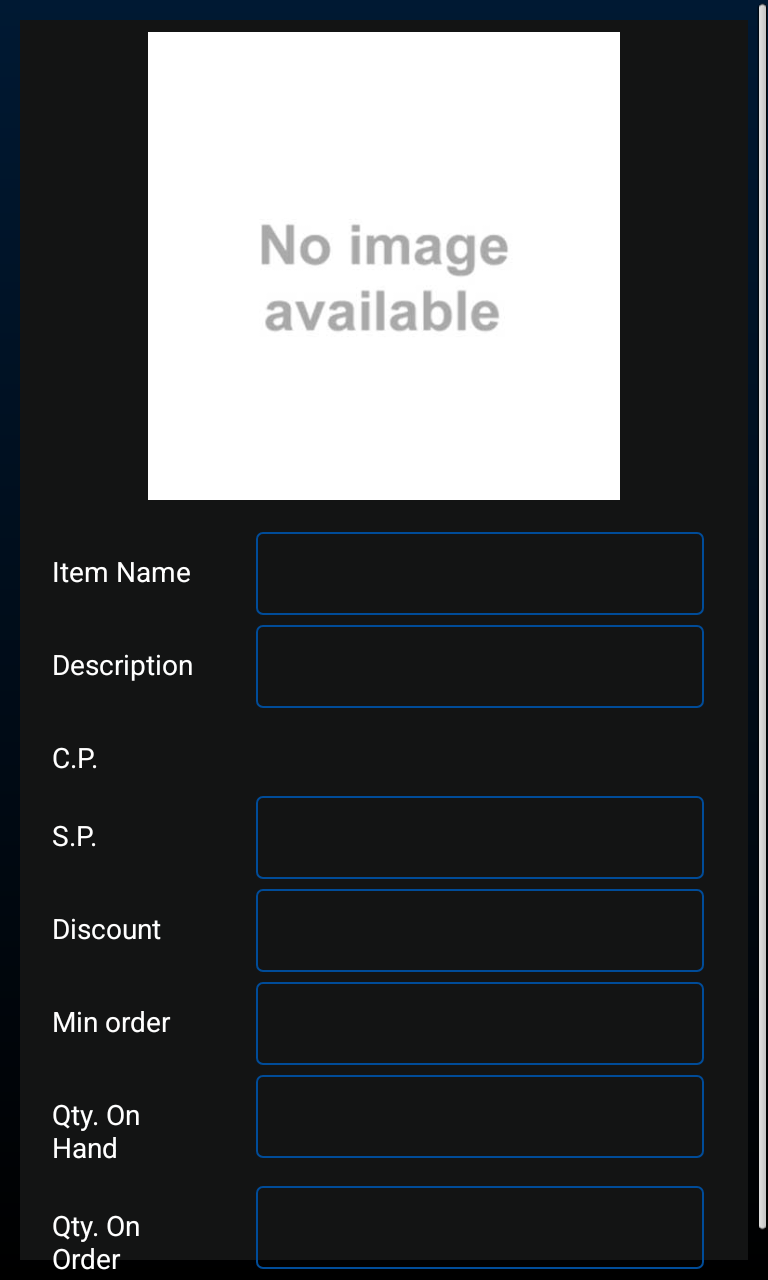
Repository: jasleen1291/B2BMobileApplication
Layout: Mobile E Commerce/B2B/res/layout/fragment_view_item.xml
An editor plug-in stored every save of this project. The layout is shown before and after the next save, followed by the edit.
It is drawn on a 768 x 1280 px phone screen (xhdpi) without system bars, with theme mycustomtheme; the app's code is not run.

Above is the layout before, as saved 2013-05-24 13:51:09.

### Mobile E Commerce/B2B/res/layout/fragment_view_item.xml
<FrameLayout xmlns:android="http://schemas.android.com/apk/res/android"
    android:id="@+id/container"
    android:layout_width="match_parent"
    android:layout_height="match_parent"
    android:layout_gravity="center_horizontal" >

    <ScrollView
        android:layout_width="match_parent"
        android:layout_height="wrap_content" >

        <LinearLayout
            android:layout_width="match_parent"
            android:layout_height="wrap_content"
            android:layout_gravity="center_horizontal"
            android:gravity="center_horizontal"
            android:orientation="vertical"
            android:paddingBottom="@dimen/activity_vertical_margin"
            android:paddingLeft="@dimen/activity_horizontal_margin"
            android:paddingRight="@dimen/activity_horizontal_margin"
            android:paddingTop="@dimen/activity_vertical_margin" >

            <ImageView
                android:id="@+id/imageView1"
                android:layout_width="250dp"
                android:layout_height="250dp"
                android:layout_gravity="center_horizontal"

                android:contentDescription="@string/action_forgot_password"
                android:paddingBottom="@dimen/activity_vertical_margin"
                android:src="@drawable/notavailable" />

            <LinearLayout
                android:layout_width="match_parent"
                android:layout_height="match_parent"

                android:gravity="center_horizontal"
                android:orientation="vertical"
                android:padding="0dp" >

                <LinearLayout
                    android:id="@+id/LinearLayout4"
                    android:layout_width="fill_parent"
                    android:layout_height="fill_parent"
                     >

                    <TextView
                        style="@style/titlebarstylesmall"
                        android:layout_width="0dp"
                        android:layout_weight="3"
                        android:layout_height="wrap_content"
                        android:padding="10dp"
                        android:text="@string/itemname" />

                    <EditText
                        android:id="@+id/name"
                        style="@style/EditTextStyle"
                        android:layout_width="0dp"
                        android:layout_weight="7"
                        android:layout_height="wrap_content"
                        android:layout_gravity="right"
                        android:padding="10dp"
                        android:textIsSelectable="false" />
                </LinearLayout>

                <LinearLayout
                    android:id="@+id/LinearLayout5"
                    android:layout_width="fill_parent"
                    android:layout_height="wrap_content"
                     >

                    <TextView
                        style="@style/titlebarstylesmall"
                        android:layout_width="0dp"
                        android:layout_weight="3"
                        android:layout_height="wrap_content"
                        android:padding="10dp"
                        android:text="@string/description" />

                    <EditText
                        android:id="@+id/desc"
                        style="@style/EditTextStyle"
                        android:layout_width="0dp"
                        android:layout_weight="7"
                        android:layout_height="wrap_content"
                        android:layout_gravity="right"
                        android:inputType="textMultiLine"
                        android:padding="10dp"
                        android:textIsSelectable="false" />
                </LinearLayout>

                <LinearLayout
                    android:id="@+id/LinearLayout6"
                    android:layout_width="fill_parent"
                    android:layout_height="wrap_content"
                     >

                    <TextView
                        style="@style/titlebarstylesmall"
                        android:layout_width="0dp"
                        android:layout_weight="3"
                        android:layout_height="wrap_content"
                        android:padding="10dp"
                        android:text="@string/cp" />

                    <TextView
                        android:id="@+id/cp"
                        style="@style/titlebarstylesmall"
                        android:layout_width="0dp"
                        android:layout_weight="7"
                        android:layout_height="wrap_content"
                        android:layout_gravity="right"
                        android:padding="10dp"
                        android:textIsSelectable="false" />
                </LinearLayout>

                <LinearLayout
                    android:id="@+id/LinearLayout1"
                    android:layout_width="fill_parent"
                    android:layout_height="wrap_content"
                    android:layout_margin="0dp"

                    android:focusable="false"
                    android:paddingTop="0dp" >

                    <TextView
                        style="@style/titlebarstylesmall"
                        android:layout_width="0dp"
                        android:layout_weight="3"
                        android:layout_height="wrap_content"
                        android:padding="10dp"
                        android:text="@string/sp" />

                    <EditText
                        android:id="@+id/sp"
                        style="@style/EditTextStyle"
                        android:layout_width="0dp"
                        android:layout_weight="7"
                        android:layout_height="wrap_content"
                        android:layout_gravity="right"
                        android:padding="10dp"
                        android:textIsSelectable="false" />
                </LinearLayout>

                <LinearLayout
                    android:id="@+id/LinearLayout2"
                    android:layout_width="fill_parent"
                    android:layout_height="wrap_content"
                    >

                    <TextView
                        style="@style/titlebarstylesmall"
                        android:layout_width="0dp"
                        android:layout_weight="3"
                        android:layout_height="wrap_content"
                        android:padding="10dp"
                        android:text="@string/discount" />

                    <EditText
                        android:id="@+id/discount"
                        style="@style/EditTextStyle"
                        android:layout_width="0dp"
                        android:layout_weight="7"
                        android:layout_height="wrap_content"
                        android:layout_gravity="right"
                        android:padding="10dp"
                        android:textIsSelectable="false" />
                </LinearLayout>

                <LinearLayout
                    android:id="@+id/LinearLayout3"
                    android:layout_width="fill_parent"
                    android:layout_height="wrap_content"
                     >

                    <TextView
                        style="@style/titlebarstylesmall"
                        android:layout_width="0dp"
                        android:layout_weight="3"
                        android:layout_height="wrap_content"
                        android:padding="10dp"
                        android:text="@string/minorder" />

                    <EditText
                        android:id="@+id/minorder"
                        style="@style/EditTextStyle"
                        android:layout_width="0dp"
                        android:layout_weight="7"
                        android:layout_height="wrap_content"
                        android:layout_gravity="right"
                        android:padding="10dp"
                        android:textIsSelectable="false" />
                </LinearLayout>

                <LinearLayout
                    android:layout_width="fill_parent"
                    android:layout_height="wrap_content"
                     >

                    <TextView
                        style="@style/titlebarstylesmall"
                        android:layout_width="0dp"
                        android:layout_weight="3"
                        android:layout_height="wrap_content"
                        android:padding="10dp"
                        android:text="@string/qtyonhand" />

                    <EditText
                        android:id="@+id/qtyonhand"
                        style="@style/EditTextStyle"
                        android:layout_width="0dp"
                        android:layout_weight="7"
                        android:layout_height="wrap_content"
                        android:layout_gravity="right"
                        android:padding="10dp"
                        android:textIsSelectable="false" />
                </LinearLayout>



                <LinearLayout
                    android:id="@+id/LinearLayout7"
                    android:layout_width="match_parent"
                    android:layout_height="wrap_content"
                     >

                    <TextView
                        style="@style/titlebarstylesmall"
                        android:layout_width="0dp"
                        android:layout_weight="3"
                        android:layout_height="wrap_content"
                        android:padding="10dp"
                        android:text="@string/qtyonorder" />

                    <EditText
                        android:id="@+id/qtyonorder"
                        style="@style/EditTextStyle"
                        android:layout_width="0dp"
                        android:layout_weight="7"
                        android:layout_height="wrap_content"
                        android:layout_gravity="right"
                        android:padding="10dp"
                        android:textIsSelectable="false" />
                </LinearLayout>
                 <LinearLayout
                    android:layout_width="match_parent"
                    android:layout_height="wrap_content" >

                </LinearLayout>
            </LinearLayout>

        </LinearLayout>

    </ScrollView>

    <ImageView
        android:id="@+id/expanded_image"
        android:layout_width="match_parent"
        android:layout_height="match_parent"
        android:layout_gravity="center_horizontal"
        android:contentDescription="@string/action_forgot_password"
        android:visibility="invisible" />

</FrameLayout>

### Mobile E Commerce/B2B/res/values/mycustomtheme.xml
<?xml version="1.0" encoding="utf-8"?>
<resources xmlns:android="http://schemas.android.com/apk/res/android">
    <style name="mycustomtheme" parent="@android:style/Theme.NoTitleBar.Fullscreen">
        <item name="android:windowBackground">@drawable/mybg</item>
       	<item name="android:textColor">#0066cc</item>
       	<item name="android:textColorHint">#51BFE2</item>
    </style>

</resources>

### Mobile E Commerce/B2B/res/drawable/mybg.xml
<?xml version="1.0" encoding="utf-8"?>
<layer-list  xmlns:android="http://schemas.android.com/apk/res/android">
    <item>
<shape android:shape="rectangle">



        <gradient android:startColor="#001933"  android:endColor="#000" android:angle="270"/>


</shape>
</item>
<item android:left="10dp" android:top="10dp" android:right="10dp" android:bottom="10dp">

<shape android:shape="rectangle">



        <solid android:color="#131414"></solid>


</shape>
</item>
</layer-list>

### Mobile E Commerce/B2B/res/values/strings_activity_login.xml
<resources>

    <string name="title_activity_login">Sign in</string>

    <!-- Strings related to login -->
    <string name="prompt_email">Username</string>
    <string name="prompt_password">Password</string>
    <string name="action_sign_in_register"><b>Sign in</b> or register</string>
    <string name="action_sign_in_short">Sign in</string>
    <string name="action_forgot_password">Recover lost password</string>
    <string name="login_progress_signing_in">Signing in&#8230;</string>
    <string name="error_invalid_email">This email address is invalid</string>
    <string name="error_invalid_password">This password is too short</string>
    <string name="error_incorrect_password">This password is incorrect</string>
    <string name="error_field_required">This field is required</string>
    <string name="login">Login</string>

</resources>

### Mobile E Commerce/B2B/res/values/styles.xml
<?xml version="1.0" encoding="utf-8"?>
<resources xmlns:android="http://schemas.android.com/apk/res/android">

    <!--
        Base application theme, dependent on API level. This theme is replaced
        by AppBaseTheme from res/values-vXX/styles.xml on newer devices.

    -->
    <style name="AppBaseTheme" parent="android:Theme.Light">
        <!--
            Theme customizations available in newer API levels can go in
            res/values-vXX/styles.xml, while customizations related to
            backward-compatibility can go here.

        -->
    </style>

    <!-- Application theme. -->
    <style name="AppTheme" parent="AppBaseTheme">
        <!-- All customizations that are NOT specific to a particular API-level can go here. -->
    </style>

    <style name="LoginFormContainer">
        <item name="android:layout_width">match_parent</item>
        <item name="android:layout_height">wrap_content</item>
        <item name="android:padding">16dp</item>
    </style>
    <style name="TextViewStyle">
        <item name="android:layout_width">wrap_content</item>
        <item name="android:layout_height">wrap_content</item>
        <item name="android:gravity">right</item>
        <item name="android:textSize">14sp</item>
        <item name="android:textColor">#0066cc</item>
        <item name="android:layout_margin">5dp</item>
    </style>
	<style name="EditTextStyle">
        <item name="android:layout_width">match_parent</item>
        <item name="android:layout_height">wrap_content</item>
        <item name="android:textSize">16sp</item>
        <item name="android:textColor">#0066cc</item>

        <item name="android:layout_marginLeft">16dp</item>
        <item name="android:layout_marginRight">16dp</item>
        <item name="android:layout_marginTop">5dp</item>
        <item name="android:background">@drawable/textview_border</item>
    </style>
	<style name="SpinnerStyle">
        <item name="android:layout_width">match_parent</item>
        <item name="android:layout_height">wrap_content</item>
        <item name="android:textSize">16sp</item>
        <item name="android:textColor">#0066cc</item>

        <item name="android:layout_marginLeft">16dp</item>
        <item name="android:layout_marginRight">16dp</item>
        <item name="android:layout_marginTop">5dp</item>

    </style>
	<style name="titlebarstyle">
	    <item name="android:layout_marginBottom">10dp</item>
        <item name="android:layout_width">match_parent</item>
        <item name="android:layout_height">wrap_content</item>
        <item name="android:background">@drawable/titlebar</item>
        <item name="android:textColor">@android:color/white</item>
        <item name="android:textAppearance">?android:attr/textAppearanceLarge</item>
	</style>
	<style name="titlebarstylesmall">


        <item name="android:textColor">@android:color/white</item>

	</style>
</resources>

### Mobile E Commerce/B2B/res/values/strings.xml
<?xml version="1.0" encoding="utf-8"?>
<resources>

    <string name="app_name">B2B</string>
    <string name="action_settings">Settings</string>
    <string name="hello_world">Hello world!</string>
    <string name="Loading">Loading&#8230;&#8230;&#8230;</string>
    <string name="title_activity_sign_up">Sign Up</string>

    <string-array name="signUpAsArray">
        <item>Customer</item>
        <item>Retailer</item>
        <item>Supplier</item>
    </string-array>

    <string name="title_activity_registeration">RegisterationActivity</string>
    <string name="title_activity_customer_area">CustomerArea</string>
    <string name="welcome">Welcome</string>
    <string name="title_activity_admin_area">Admin_area</string>
    <string name="general_complaint_fragment">General Complaint</string>
    <string name="hello_blank_fragment">Hello blank fragment</string>
    <string name="general_complaint">General Complaint</string>
    <string name="respond">Respond</string>
    <string name="submit">Submit</string>
    <string name="addcategory">Parent Category</string>
    <string name="categoryhint">Category</string>
    <string name="AddParentCategory">Add super category</string>
    <string name="complaintAbout">Complaint About</string>
    <string name="complainFrom">Complaint From</string>
    <string name="itemComplaint">Complaints about Items</string>
    <string name="shopComplaint">Complaint about shop</string>
    <string name="generalNotification">General Notification</string>
    <string name="urgentNotification">Urgent Notification</string>
    <string name="title">Title</string>
    <string name="message">Message</string>
    <string name="markAll">Mark all</string>
    <string name="advertisementPricing">Advertisement Pricing</string>
    <string name="desc">Description</string>
    <string name="days">No of days</string>
    <string name="cost">Cost</string>
    <string name="size">Size of advertisement</string>
    <string name="type">Type</string>
    <string name="fine">Fine</string>
    <string name="pickCategory">Pick a Category</string>

    <string-array name="typeArray">
        <item>Retailer</item>
        <item>Supplier</item>
    </string-array>

    <string name="update">Update</string>
    <string name="delete">Delete</string>
    <string name="view_advertisement">View Advertisements</string>
    <string name="noofcategories">No of Categories</string>
    <string name="shoppricing">Shop Pricing</string>
    <string name="view_fine_pricing">View Fine Pricing</string>
    <string name="shop_pricing">Shop Pricing</string>
    <string name="subCategory">Add Sub Category</string>
    <string name="addshop">Add Shop</string>
    <string name="title_activity_pay_fine">Pay Fine</string>
    <string name="finetitle">Your account has been suspended by the admin. Pay fine to continue using this applciation.</string>
    <string name="fineabc">Your payment has been received. Your account will now be restored. Please wait few minutes</string>
    <string name="title_activity_retailer_area">Retailer_area</string>
    <string name="title_activity_first_time_login">FirstTimeLogin</string>
    <string name="EditMyCategories">Edit My Categories</string>
    <string name="addnewitem">Add New Item</string>
    <string name="itemname">Item Name</string>
    <string name="longdescription">Long Description</string>
    <string name="qtyperunit">Qty Per unit</string>
    <string name="unit_of_measurement">Unit of Measurement</string>
    <string name="shopName">Shop Name</string>
    <string name="description">Description</string>
    <string name="categoriesAllowed">No of categories allowed</string>
    <string name="itemsSelling">No of Items Selling</string>
    <string name="itemsAvailable">No of Items not Selling</string>
    <string name="expirydate">Expiry Date</string>
    <string name="paymentEmail">Payment Email</string>
    <string name="selectcategory">Select a Category</string>
    <string name="clicktochange">Click On Image To Change It</string>
    <string name="cp">C.P.</string>
    <string name="sp">S.P.</string>
    <string name="minorder">Min order</string>
    <string name="discount">Discount</string>
    <string name="qtyonorder">Qty. On Order</string>
    <string name="qtyonhand">Qty. On Hand</string>
    <string name="qty">Qty.</string>
    <string name="viewdetails">View Details</string>

</resources>

### Mobile E Commerce/B2B/res/drawable/textview_border.xml
<?xml version="1.0" encoding="utf-8"?>
<shape xmlns:android="http://schemas.android.com/apk/res/android" android:shape="rectangle">
    <corners android:radius="3dp"></corners>
	<stroke android:width="1dp" android:color="#004C99"/>
	<padding android:left="10dp" android:top="10dp" android:right="10dp" android:bottom="10dp"/>
</shape>

Loaded but not shown: Mobile E Commerce/B2B/res/values/dimens.xml (common file)

After the next save:
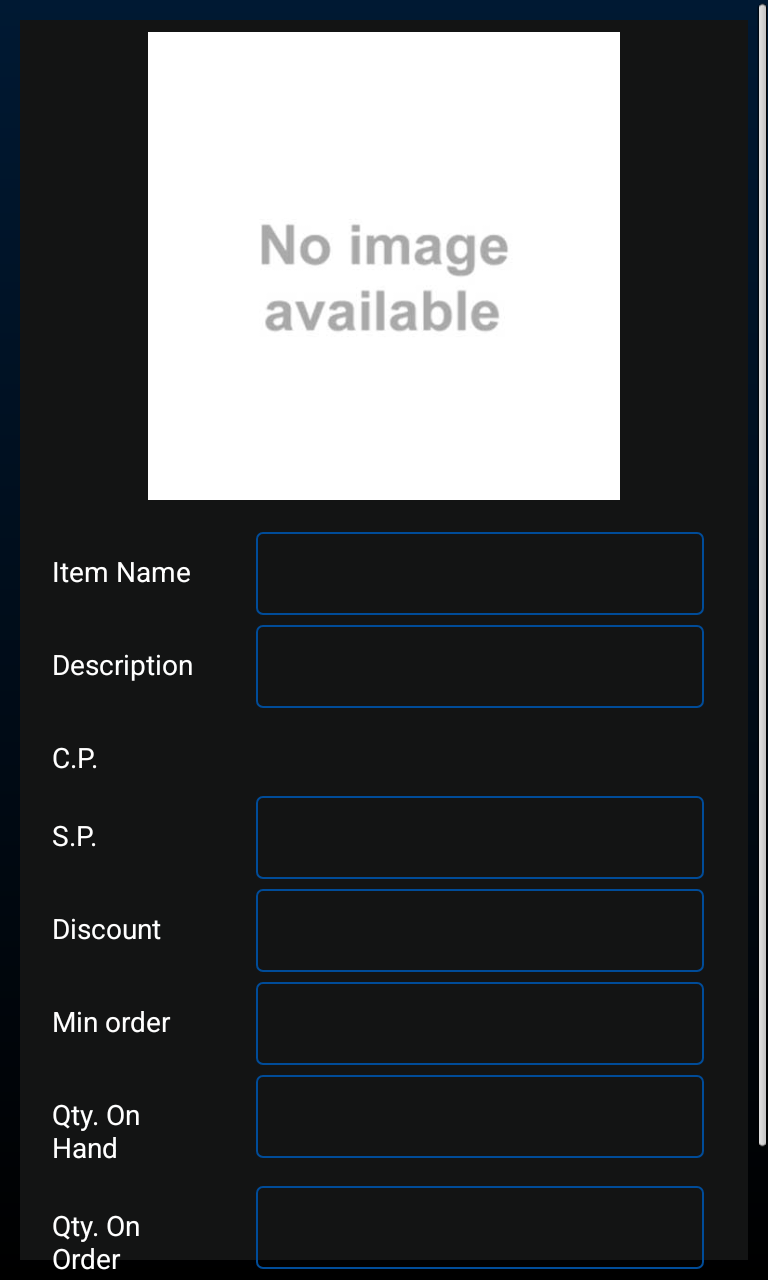
Saved 36 s later.
--- a/Mobile E Commerce/B2B/res/layout/fragment_view_item.xml
+++ b/Mobile E Commerce/B2B/res/layout/fragment_view_item.xml
@@ -245,6 +245,18 @@
                     android:layout_width="match_parent"
                     android:layout_height="wrap_content" >
 
+                     <Button
+                         android:id="@+id/button1"
+                         android:layout_width="wrap_content"
+                         android:layout_height="wrap_content"
+                         android:text="@string/update" />
+
+                     <Button
+                         android:id="@+id/button2"
+                         android:layout_width="wrap_content"
+                         android:layout_height="wrap_content"
+                         android:text="@string/delete" />
+
                 </LinearLayout>
             </LinearLayout>
 
